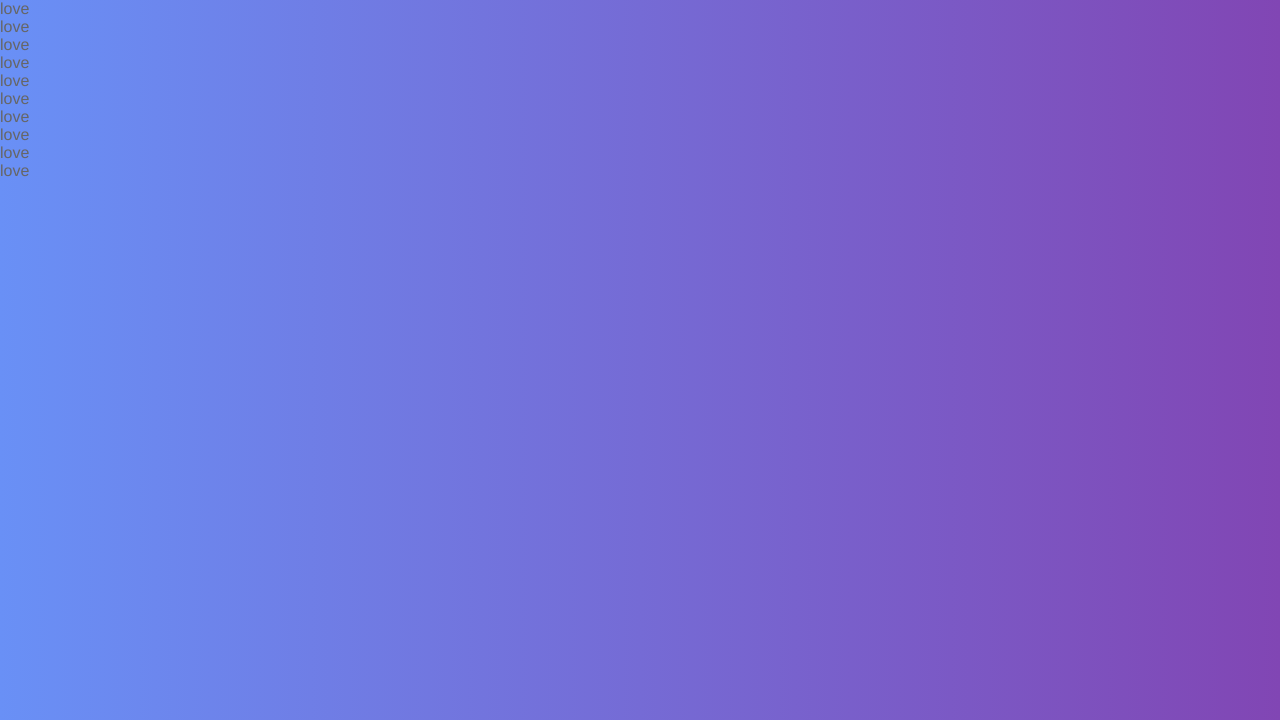
Repository: ddshiyu/qiongqiong
Page: index.html
These files come from the project's save history. The page is drawn as it stood at one moment and after a run of saves; the edit follows.
The browser window is 1280 px wide. The pictures show the whole page.

Above is the page before, as saved 2019-12-29 10:33:05.

After the next 2 saves:
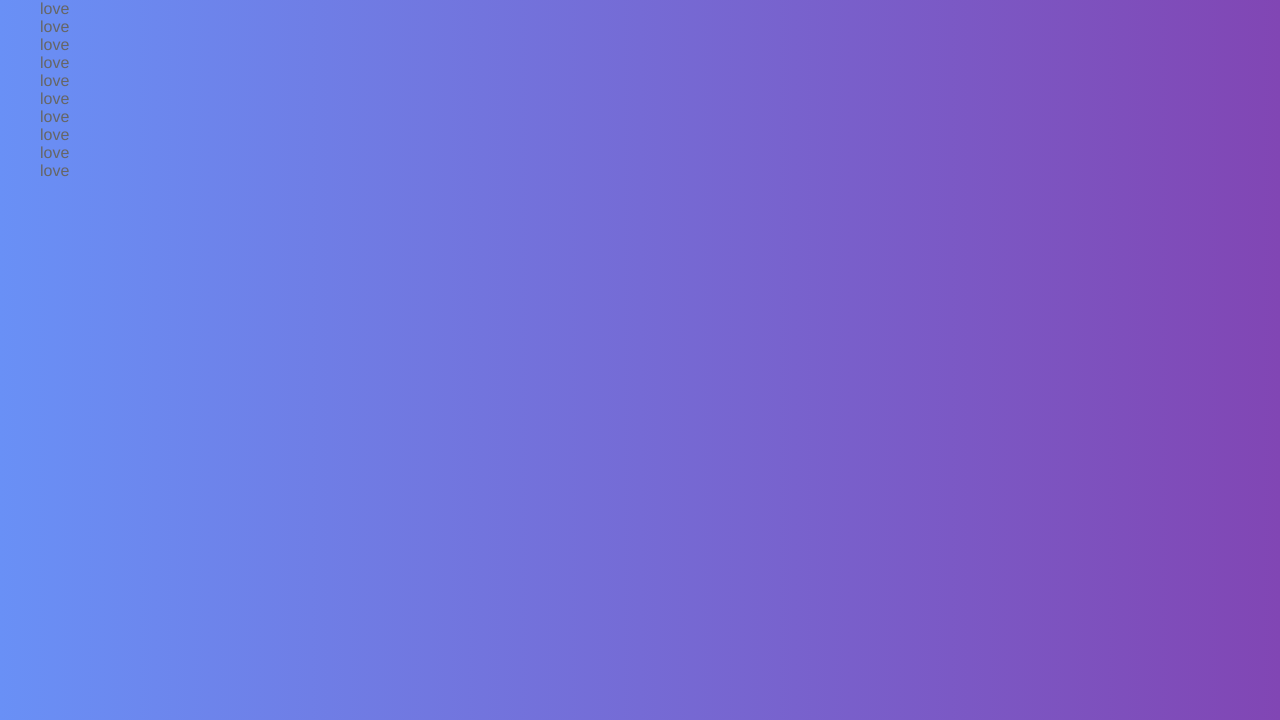
The 2 saves are shown as one change because they came seconds apart.
The last was saved 7 s later.
--- a/index.css
+++ b/index.css
@@ -3,5 +3,5 @@ body{
 }
 .ball-box{
     width:1200px;
-    margin:
+    margin:0 auto;
 }
